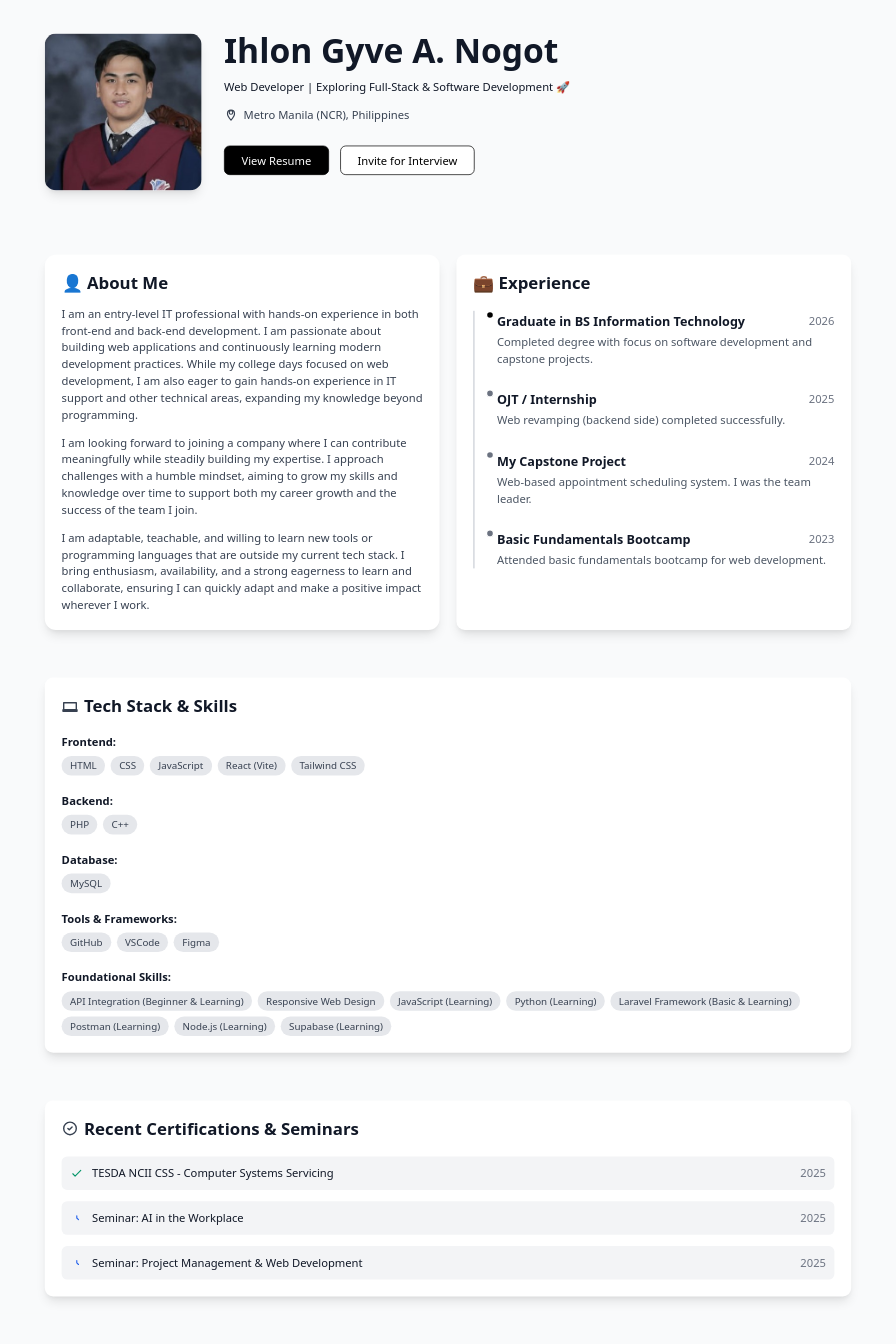
Repository: MeekSharkdev/cv-portfolio
Page: index.html
These files come from the project's save history. The page is drawn as it stood at one moment and after a run of saves; the edit follows.
The browser window is 1280 px wide. The pictures show the part of the page from y = 0 to 1920 px (the page is 2616 px tall), at 70% of full size.
A picture or video elsewhere on the page could not be fetched, so the positions and the page height are approximate.

Above is the page before, as saved 2026-01-31 20:21:39.
Not found: styles.css

After the next 2 saves:
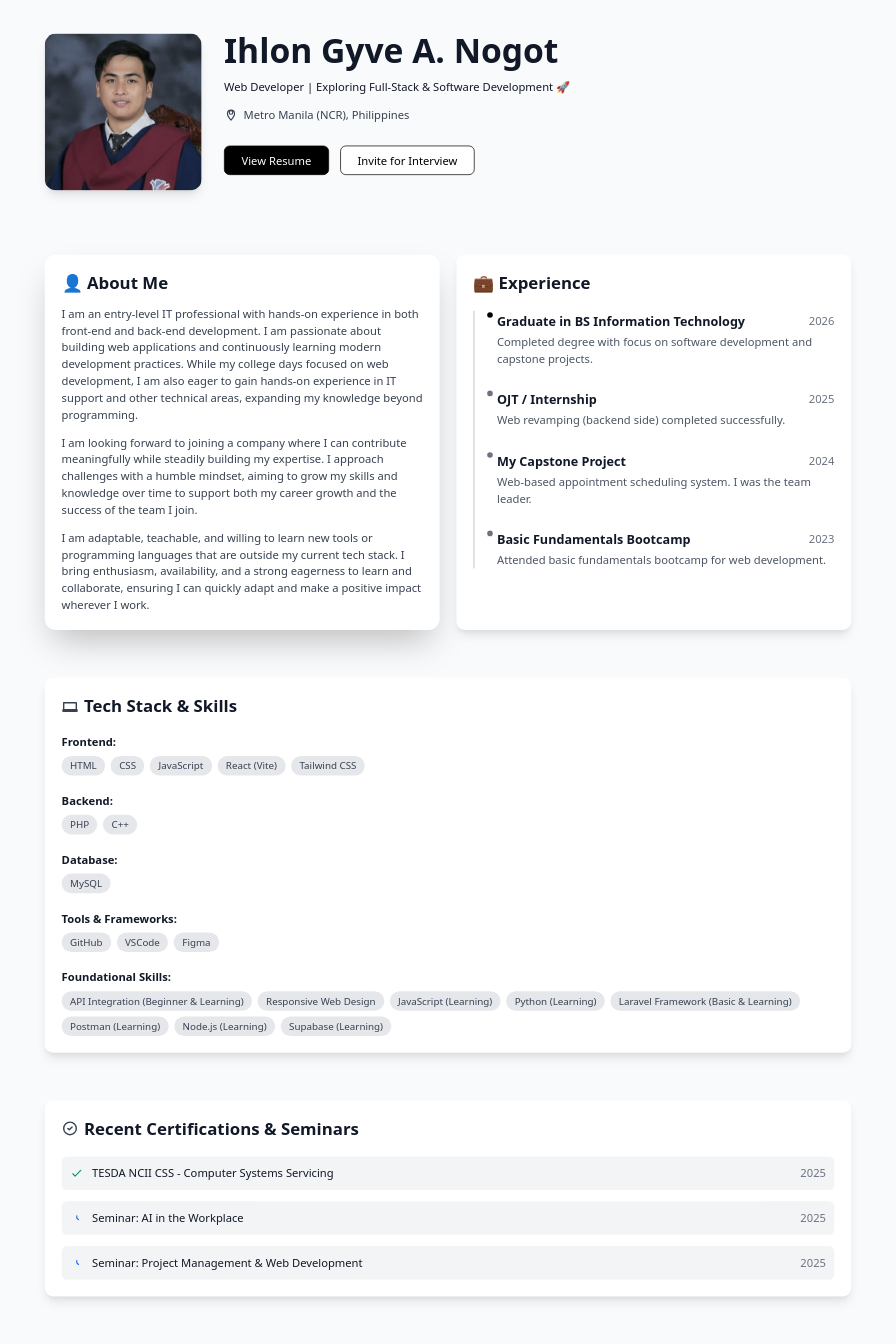
The 2 saves are shown as one change because they came seconds apart.
The last was saved 7 s later.
--- a/index.html
+++ b/index.html
@@ -74,7 +74,7 @@
     <div class="max-w-6xl mx-auto mt-5 flex flex-col md:flex-row gap-6">
 
         <!-- About Me (Left) -->
-        <div class="md:w-1/2 p-6 bg-white rounded-2xl shadow-lg shadow-gray-300/20">
+        <div class="md:w-1/2 p-6 bg-white rounded-2xl shadow-2xl shadow-gray-300/20">
             <!-- Header with Icon -->
             <div class="flex items-center gap-3 mb-4">
                 <h2 class="text-2xl font-semibold">👤  About Me</h2>
